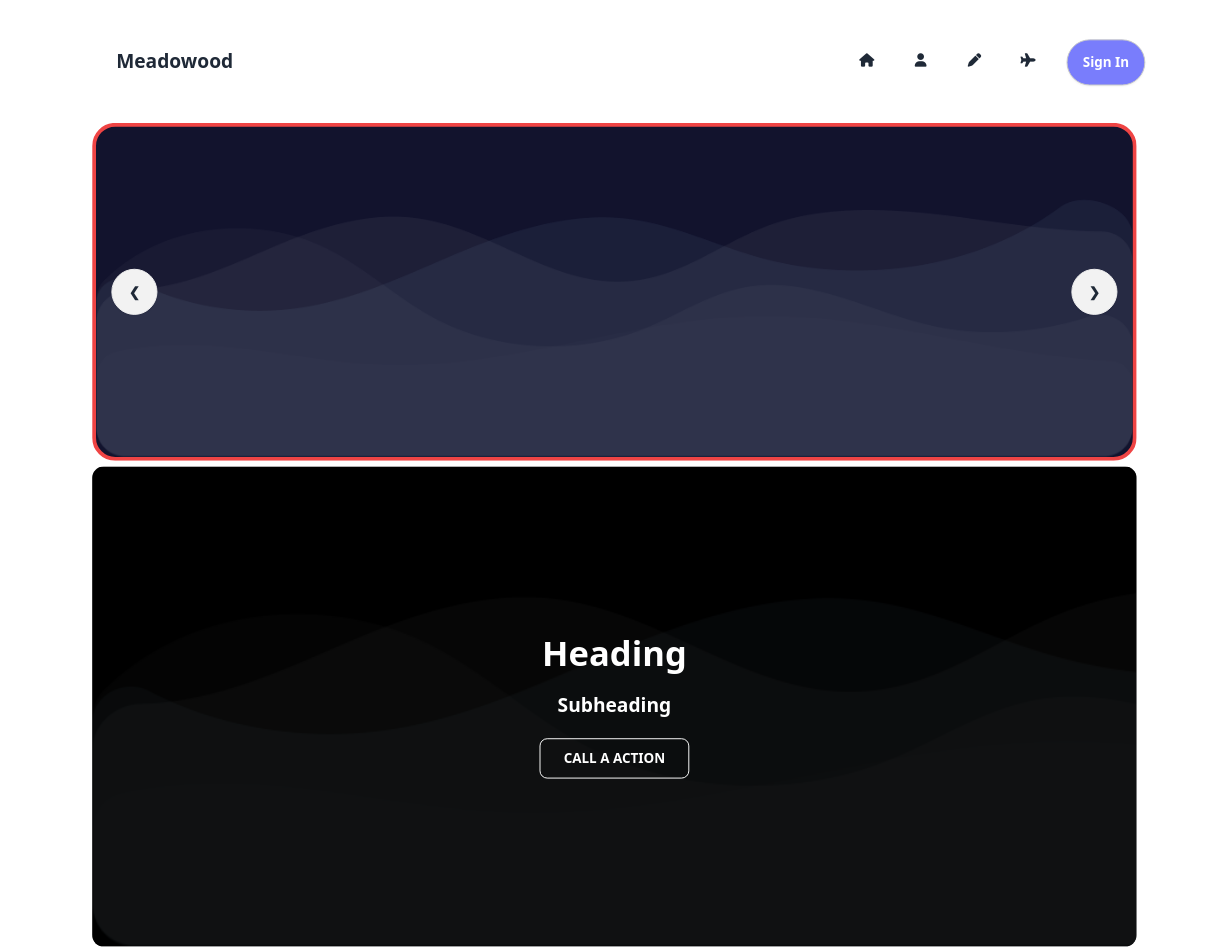
Repository: RudrasahaDibos/Meadowood-Forum
Page: index.html
These files come from the project's save history. The page is drawn as it stood at one moment and after the next save; the edit follows.
The browser window is 1280 px wide. The pictures show the whole page, at 96% of full size.
Some web libraries are served in a nearby version.

Above is the page before, as saved 2024-11-24 12:21:52.

### index.html
<!DOCTYPE html>
<html lang="en">
    <head>
        <meta charset="UTF-8">
        <meta name="viewport" content="width=device-width, initial-scale=1.0">
        <title>Meadowood Forum</title>

        <!-- tailwind  -->
        <link
            href="https://cdn.jsdelivr.net/npm/daisyui@4.12.14/dist/full.min.css"
            rel="stylesheet" type="text/css" />
        <script src="https://cdn.tailwindcss.com"></script>

        <!-- font awesome  -->
        <link rel="stylesheet"
            href="https://cdnjs.cloudflare.com/ajax/libs/font-awesome/6.7.1/css/all.min.css"
            integrity="sha512-5Hs3dF2AEPkpNAR7UiOHba+lRSJNeM2ECkwxUIxC1Q/FLycGTbNapWXB4tP889k5T5Ju8fs4b1P5z/iB4nMfSQ=="
            crossorigin="anonymous" referrerpolicy="no-referrer" />

    </head>
    <body class="container mx-auto lg:px-24 px-8">
        <!-- header is start here  -->
        <header class="mt-8">
            <!-- navbar is start here  -->
            <div class="navbar bg-base-100">
                <div class="flex-1">
                    <a class="btn btn-ghost text-xl">Meadowood</a>
                </div>
                <div class="flex-none">
                    <div class="dropdown dropdown-end mr-6">
                        <div  role="button"
                            class="btn btn-ghost btn-circle flex w-full  ">
                            <div class="indicator rounded-full border-1 h-8 w-8 mr-4 tooltip" data-tip="home">
                                <i class="fa-solid fa-house h-5 w-5 mx-auto mt-2"></i>
                            </div>
                            <div class="indicator rounded-full border-1 h-8 w-8 mr-4 tooltip" data-tip="User">
                                <i class="fa-solid fa-user h-5 w-5 mx-auto mt-2"></i>
                            </div>
                            <div class="indicator rounded-full border-1 h-8 w-8 mr-4 tooltip" data-tip="pen">
                                <i class="fa-solid fa-pen h-5 w-5 mx-auto mt-2"></i>
                            </div>
                            <div class="indicator rounded-full border-1 h-8 w-8 mr-4 tooltip" data-tip="flight">
                                <i class="fa-solid fa-plane h-5 w-5 mx-auto mt-2"></i>
                            </div>
                        </div>

                    </div>
                    <div class="dropdown dropdown-end">
                        <div tabindex="0" role="button"
                            class="btn btn-ghost btn-circle avatar">

                                <button class="btn btn-active bg-[#797DFC] text-white rounded-full ">Sign In</button>

                        </div>
                        <ul
                            tabindex="0"
                            class="menu menu-sm dropdown-content bg-base-100 rounded-box z-[1] mt-3 w-52 p-2 shadow">
                            <li>
                                <a class="justify-between">
                                    Profile
                                    <span class="badge">New</span>
                                </a>
                            </li>
                            <li><a>Settings</a></li>
                            <li><a>Logout</a></li>
                        </ul>
                    </div>
                </div>
            </div>
            <!-- navbar is  end here  -->

             <!-- bannner start here  -->
             <div class="carousel w-full mt-8">

                <div id="slide1" class="carousel-item relative w-full">
                    <img
                      src="images/bgbanner.png"
                      class="lg:w-full lg:h-full h-96 border-4 border-red-500 bg-[#12132D] rounded-3xl" />
                    <div class="absolute left-5 right-5 top-1/2 flex -translate-y-1/2 transform justify-between">
                      <a href="#slide4" class="btn btn-circle">❮</a>
                      <a href="#slide2" class="btn btn-circle">❯</a>
                    </div>
                  </div>

             </div>
             <!-- bannner end here  -->


             <div class="w-full relative bg-no-repeat bg-cover h-[500px] z-0 rounded-xl overflow-hidden bg-black" style="background-image: url('/images/bgbanner.png');">
                <div class="relative top-0 left-0 w-full h-full z-10 bg-black/50 flex items-center justify-center flex-col gap-5 ">
                <h2 class="text-4xl font-bold font-manrope text-white">Heading</h2>
                <h6 class="text-xl font-bold font-manrope text-white">Subheading</h6>
                <button type='button' class='py-2.5 px-6 text-sm rounded-lg bg-transparent border border-white  text-white cursor-pointer font-semibold text-center shadow-xs transition-all duration-500 hover:bg-white/25 hover:text-white'>CALL A ACTION</button>
                </div>
                </div>

        </header>
        <!-- header is end here  -->

        <!-- main is start here  -->
        <main>

        </main>
        <!-- main is end here  -->

        <!-- footer is start here  -->

        <!-- footer is end here  -->
    </body>
</html>

After the next save:
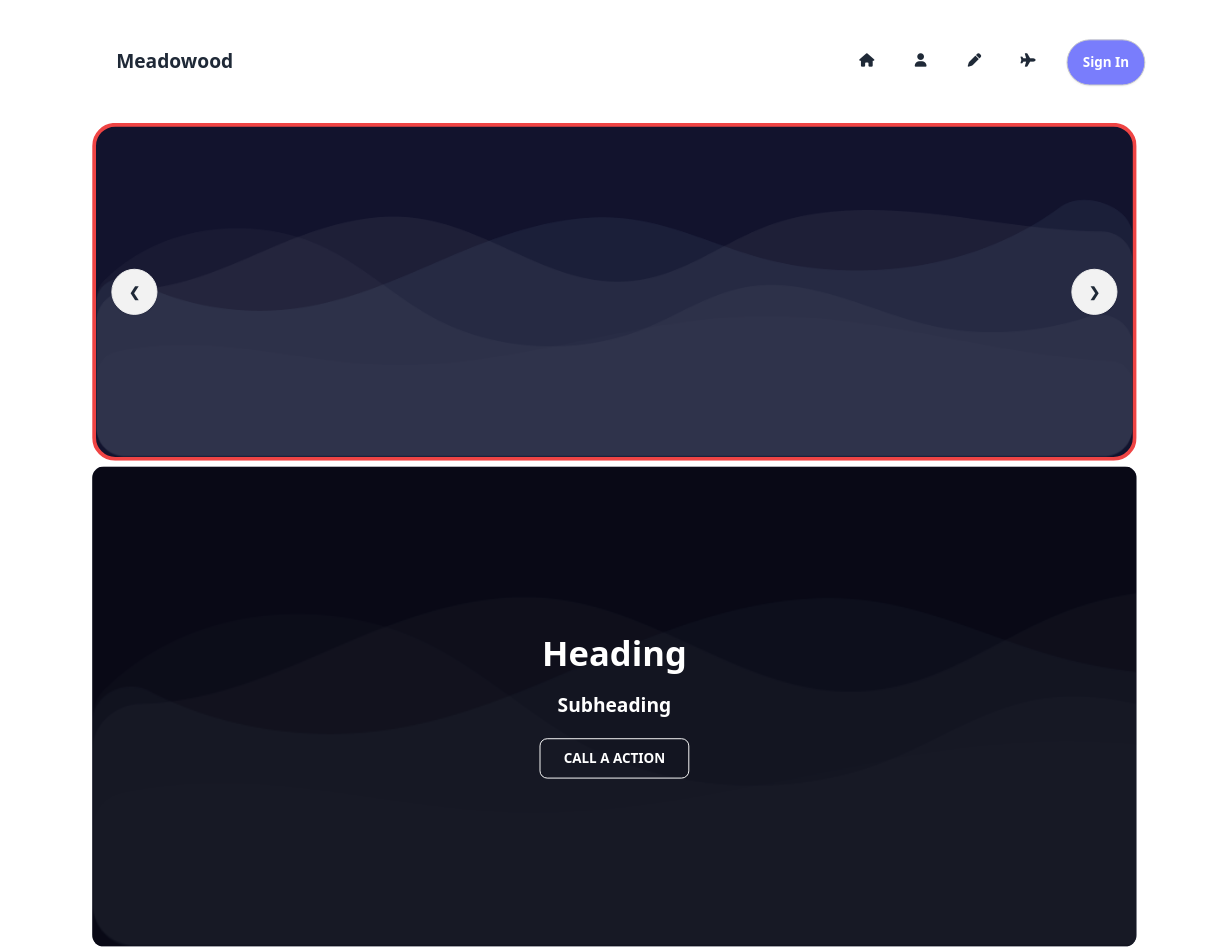
Saved 24 s later.
--- a/index.html
+++ b/index.html
@@ -86,7 +86,7 @@
              <!-- bannner end here  -->
 
 
-             <div class="w-full relative bg-no-repeat bg-cover h-[500px] z-0 rounded-xl overflow-hidden bg-black" style="background-image: url('/images/bgbanner.png');">
+             <div class="w-full relative bg-no-repeat bg-cover h-[500px] z-0 rounded-xl overflow-hidden bg-[#12132D]" style="background-image: url('/images/bgbanner.png');">
                 <div class="relative top-0 left-0 w-full h-full z-10 bg-black/50 flex items-center justify-center flex-col gap-5 ">
                 <h2 class="text-4xl font-bold font-manrope text-white">Heading</h2>
                 <h6 class="text-xl font-bold font-manrope text-white">Subheading</h6>
